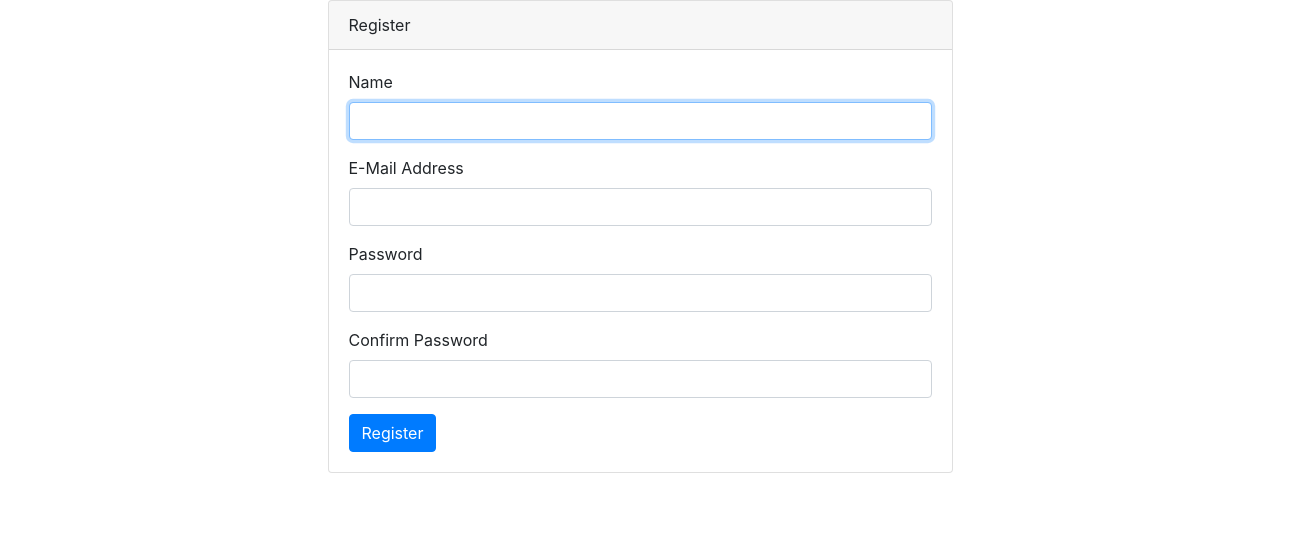
Repository: Tauqeer124/usermanagemet
Page: http://localhost/register
The author's editor kept a copy of each file at every save. The page is drawn from the files as they stood at one save, then again after a run of saves.
The browser window is 1280 px wide. The page is 1295 px wide, so the pictures cover 1295 px, including what lies to the right of the window. The pictures show the whole page.
The page is served by the project's Laravel application, run on PHP 8.4 with Laravel 8. Other server files are loaded and not shown.

Above is the page before, as saved 2023-07-24 12:11:08.

### routes/web.php
<?php

use Illuminate\Support\Facades\Route;
use App\Http\Controllers\AuthController;
use App\Http\Controllers\UserController;

/*
|--------------------------------------------------------------------------
| Web Routes
|--------------------------------------------------------------------------
|
| Here is where you can register web routes for your application. These
| routes are loaded by the RouteServiceProvider within a group which
| contains the "web" middleware group. Now create something great!
|
*/

Route::get('/', function () {
    return view('welcome');
});

Route::get('/register', [AuthController::class, 'register']);
Route::post('/register', [AuthController::class, 'registeruser'])->name('register');
Route::get('/login', [AuthController::class, 'login']);
Route::post('/login', [AuthController::class, 'loginuser'])->name('login');
Route::get('/users', [UserController::class, 'index'])->name('user.index');
Route::get('/users/{id}', [UserController::class, 'show'])->name('user.show');

### app/Http/Controllers/AuthController.php
<?php

namespace App\Http\Controllers;

use App\Models\User;
use App\Mail\WelcomeMail;
use Illuminate\Http\Request;
use Illuminate\Support\Facades\Hash;
use Illuminate\Support\Facades\Mail;

class AuthController extends Controller
{
    public function register()
    {
        return view('auth.register');
    }

    public function registeruser(Request $request)
    {
        $request->validate([
            'name' => 'required|string|max:255',
            'email' => 'required|email|unique:users',
            'password' => 'required|string|min:6',
            'phone' => 'required|string',
            'country' => 'required|string',
        ]);

        $user = User::create([
            'name' => $request->name,
            'email' => $request->email,
            'password' => Hash::make($request->password),
            'phone' => $request->phone,
            'country' => $request->country,
        ]);

        Mail::to($user->email)->send(new WelcomeMail($user)); // Send welcome email
        $request->session()->flash('success', 'You have registered successfully!');

        // Redirect back to the registration page
        return redirect()->back();
    }
    public function login(){
        return view('auth.login');
    }
    public function loginuser(Request $request){

    }
}

### resources/views/auth/register.blade.php
<!DOCTYPE html>
<html>
<head>
  <title>User Registration Form</title>
  <!-- Add Bootstrap CSS -->
  <link rel="stylesheet" href="https://stackpath.bootstrapcdn.com/bootstrap/4.5.2/css/bootstrap.min.css">
</head>
<body>
    <div class="row justify-content-center">
        <div class="col-md-6">
            <div class="card">
                <div class="card-header">{{ __('Register') }}</div>

                <div class="card-body">
                    <form method="POST" action="{{ route('register') }}">
                        @csrf

                        <div class="form-group">
                            <label for="name">{{ __('Name') }}</label>
                            <input id="name" type="text" class="form-control @error('name') is-invalid @enderror" name="name" value="{{ old('name') }}" required autocomplete="name" autofocus>
                            @error('name')
                                <span class="invalid-feedback" role="alert">
                                    <strong>{{ $message }}</strong>
                                </span>
                            @enderror
                        </div>

                        <div class="form-group">
                            <label for="email">{{ __('E-Mail Address') }}</label>
                            <input id="email" type="email" class="form-control @error('email') is-invalid @enderror" name="email" value="{{ old('email') }}" required autocomplete="email">
                            @error('email')
                                <span class="invalid-feedback" role="alert">
                                    <strong>{{ $message }}</strong>
                                </span>
                            @enderror
                        </div>

                        <div class="form-group">
                            <label for="password">{{ __('Password') }}</label>
                            <input id="password" type="password" class="form-control @error('password') is-invalid @enderror" name="password" required autocomplete="new-password">
                            @error('password')
                                <span class="invalid-feedback" role="alert">
                                    <strong>{{ $message }}</strong>
                                </span>
                            @enderror
                        </div>

                        <div class="form-group">
                            <label for="password-confirm">{{ __('Confirm Password') }}</label>
                            <input id="password-confirm" type="password" class="form-control" name="password_confirmation" required autocomplete="new-password">
                        </div>

                        <button type="submit" class="btn btn-primary">{{ __('Register') }}</button>
                    </form>
                </div>
            </div>
        </div>
    </div>
</body>
</html>

Loaded but not shown: app/Http/Controllers/Controller.php (common file)

After the next 3 saves:
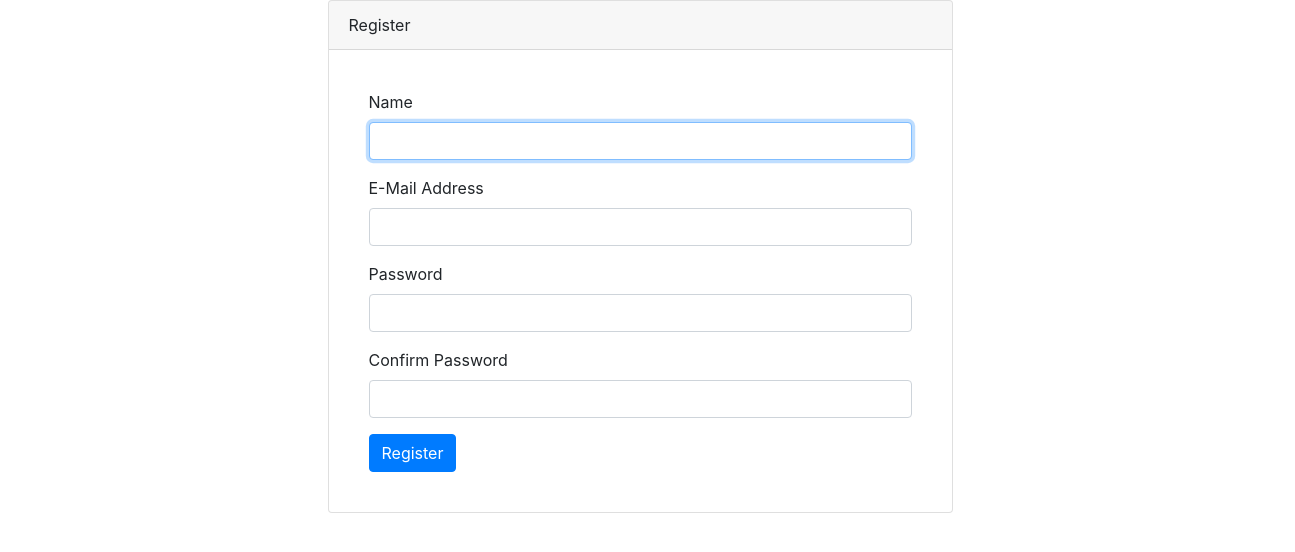
The 3 saves are shown as one change because they came seconds apart.
The last was saved 18 s later.
--- a/resources/views/auth/register.blade.php
+++ b/resources/views/auth/register.blade.php
@@ -10,8 +10,13 @@
         <div class="col-md-6">
             <div class="card">
                 <div class="card-header">{{ __('Register') }}</div>
-
                 <div class="card-body">
+                    <div class="card-body">
+                        @if (session('success'))
+                            <div class="alert alert-success">
+                                {{ session('success') }}
+                            </div>
+                        @endif
                     <form method="POST" action="{{ route('register') }}">
                         @csrf
 
